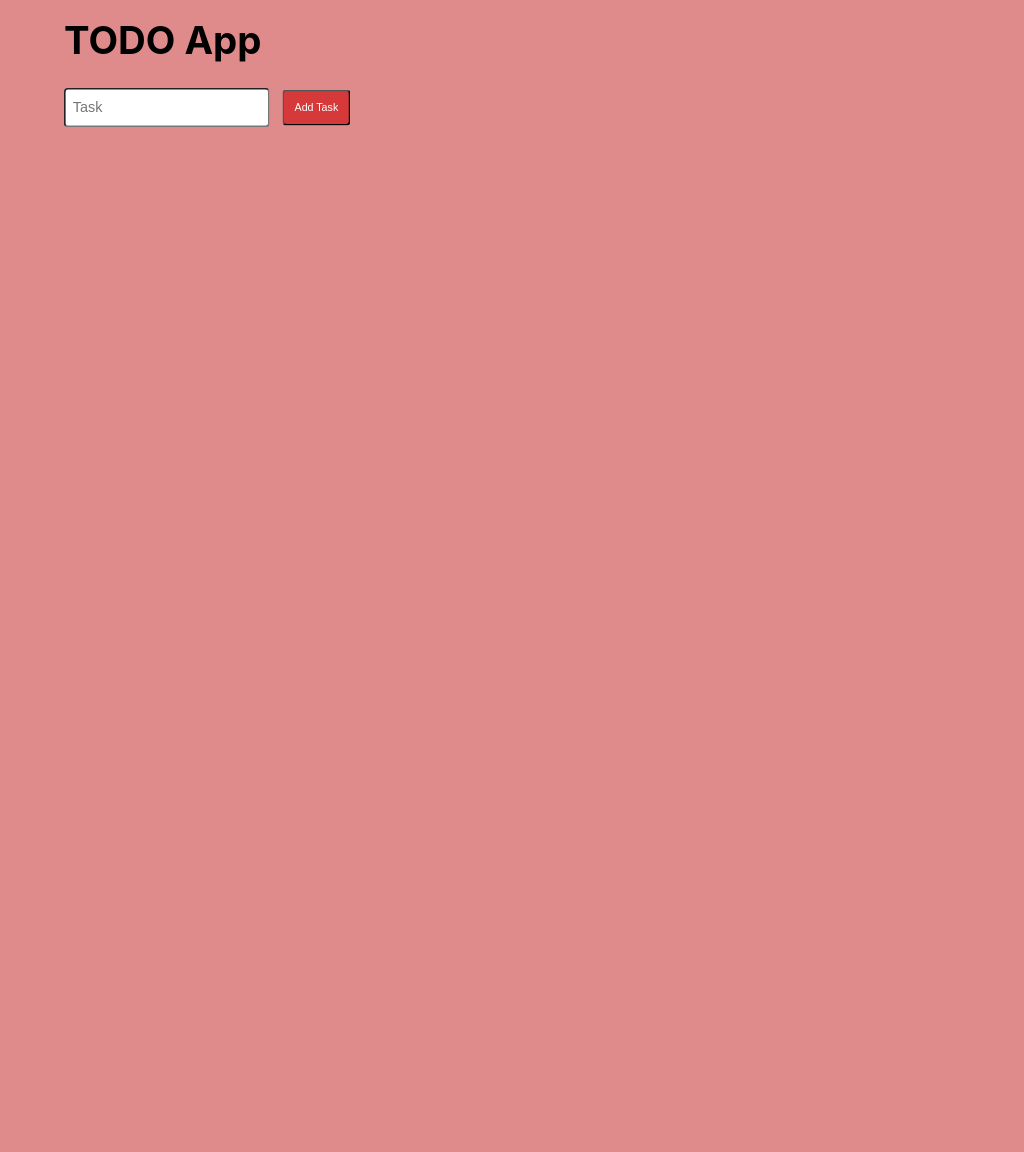
Repository: BhanuKaukuntla/TodoApp
Page: /
These files come from the project's save history. The page is drawn as it stood at one moment and after the next save; the edit follows.
The browser window is 1280 px wide. The pictures show the whole page, at 80% of full size.
The project was rebuilt for these pictures with package versions that can differ from the ones it lists, and the page was loaded fresh each time. Also part of the build but not shown: src/components/TodoItem/TodoItem.js.

Above is the page before, as saved 2021-12-04 10:01:33.

After the next save:
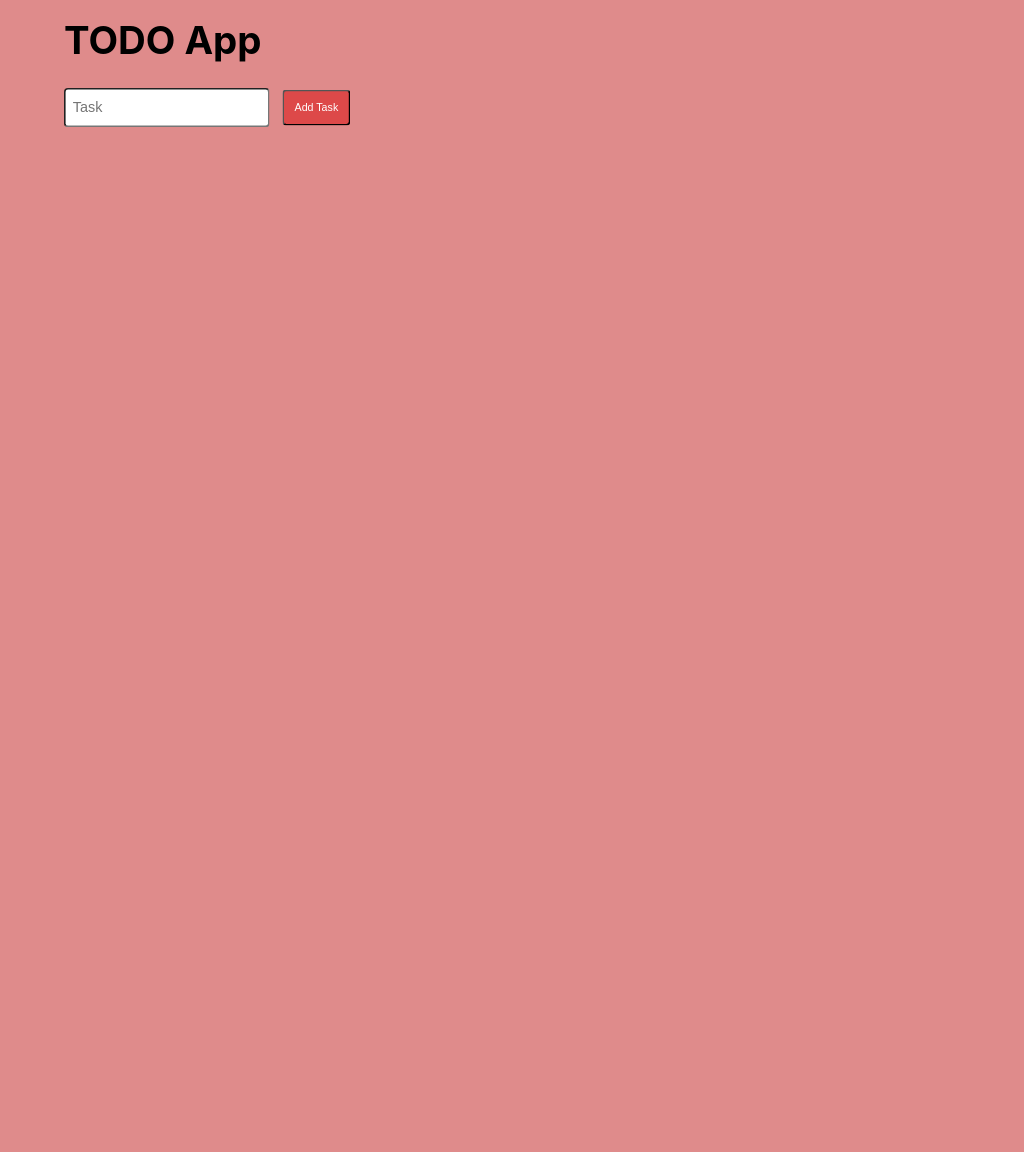
Saved 15 s later.
--- a/src/index.css
+++ b/src/index.css
@@ -65,7 +65,7 @@ body {
   border-radius: 5px;
   color: white;
   /* background-color: #df6a6a; */
-  background-color: #d63939;
+  background-color: #dd4949;
   position: relative;
   bottom: 1.5px;
 }
